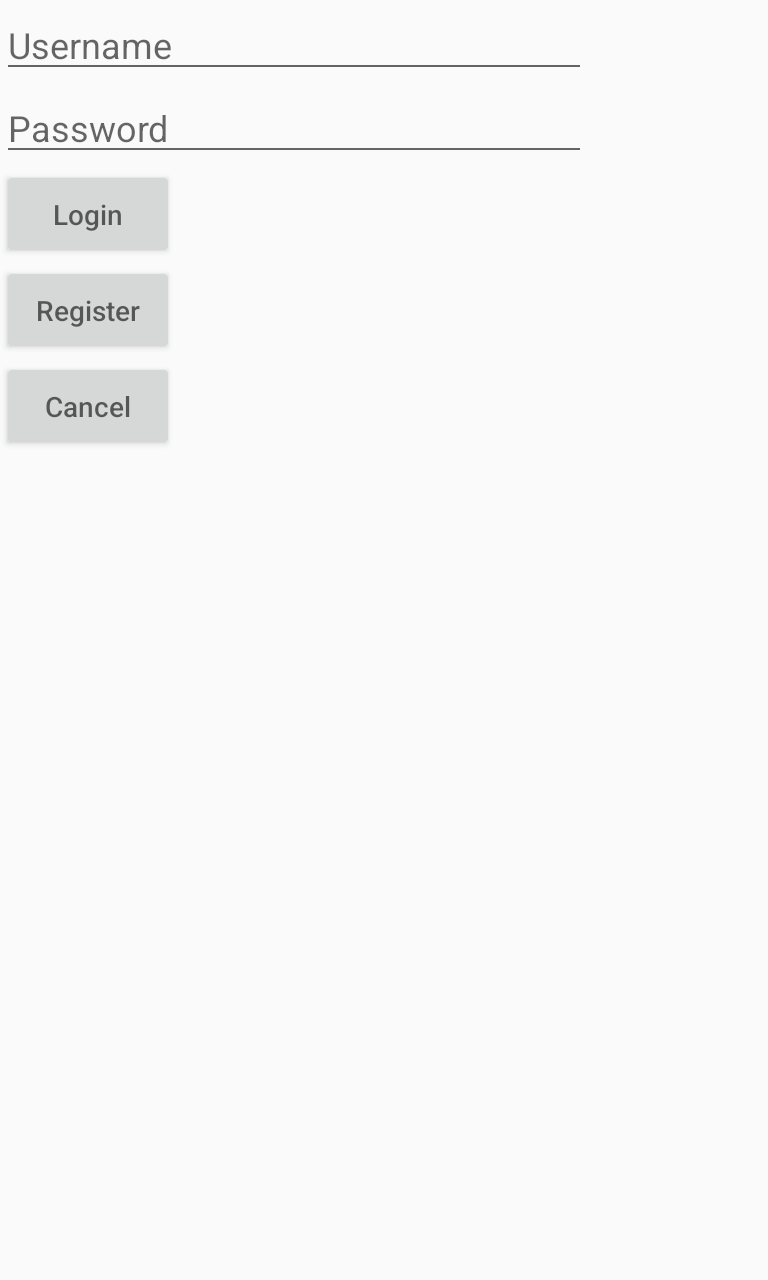
Repository: ostolz/androidteamworker
Layout: Android/TeamPlanBuch/res/layout/activity_login_screen.xml
The author's editor kept a copy of each file at every save. The layout is drawn from the files as they stood at one save, then again after the next save.
It is drawn on a 768 x 1280 px phone screen (xhdpi) without system bars, with theme AppTheme; the app's code is not run.

Above is the layout before, as saved 2014-05-08 10:33:21.

After the next save:
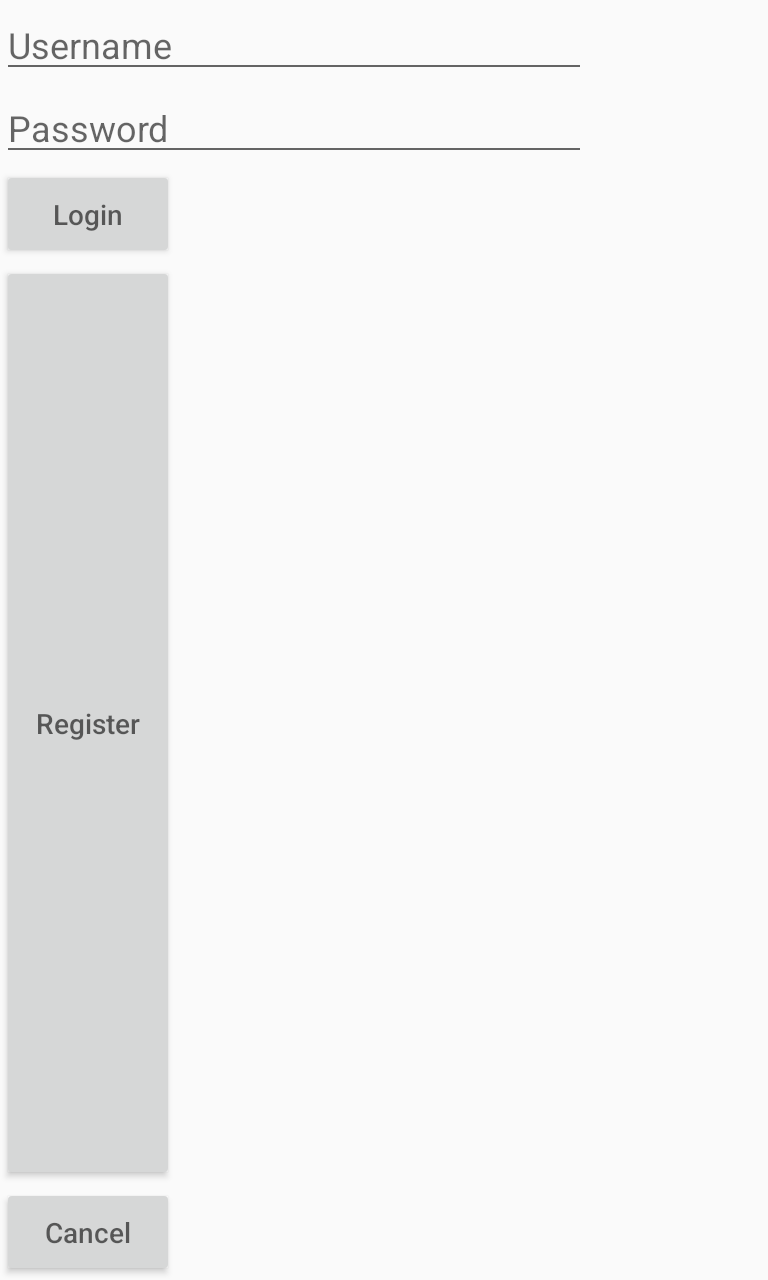
Saved 5 min 11 s later.
--- a/Android/TeamPlanBuch/res/layout/activity_login_screen.xml
+++ b/Android/TeamPlanBuch/res/layout/activity_login_screen.xml
@@ -1,4 +1,4 @@
-<LinearLayout xmlns:android="http://schemas.android.com/apk/res/android"
+<GridLayout xmlns:android="http://schemas.android.com/apk/res/android"
     xmlns:tools="http://schemas.android.com/tools"
     android:id="@+id/container"
     android:layout_width="match_parent"
@@ -41,4 +41,4 @@
         android:layout_height="wrap_content"
         android:hint="@string/cancel" />
 
-</LinearLayout>
+</GridLayout>
